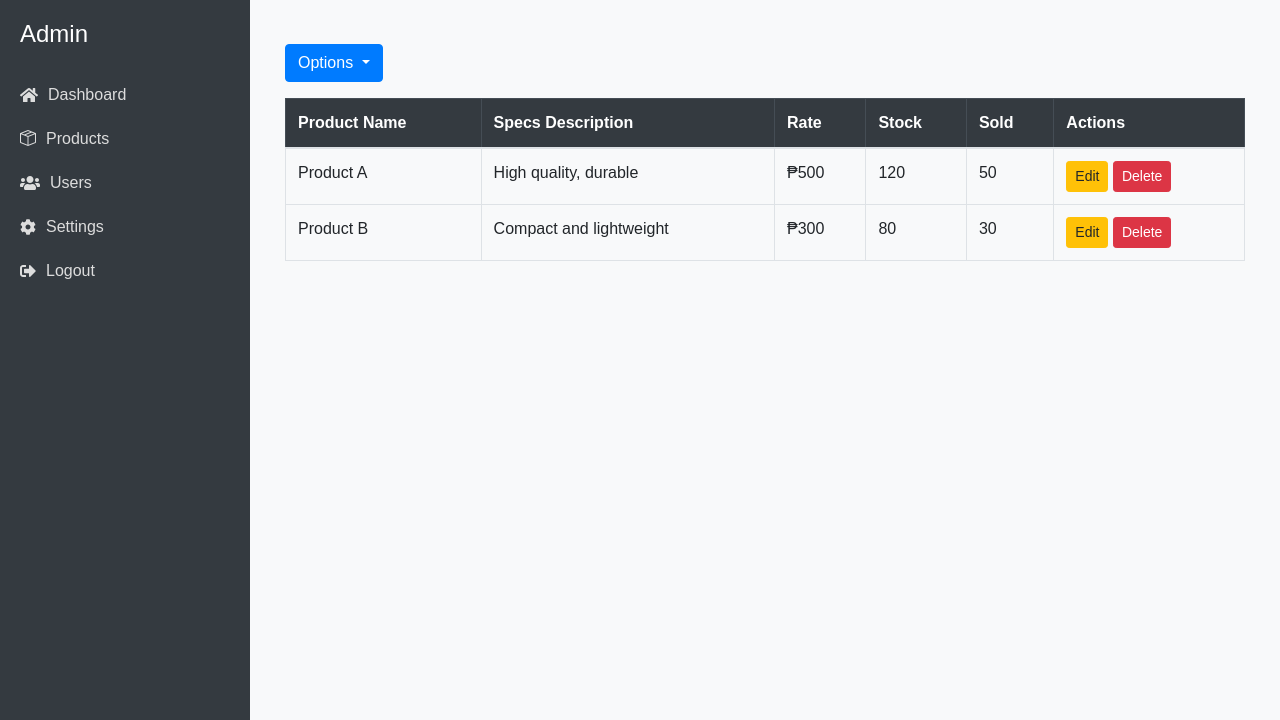
Repository: Darkrepo23/Ecommerce-Manalastas-project
Page: admin/Product-list.html
An editor plug-in stored every save of this project. The page is shown before and after the next save, followed by the edit.
The browser window is 1280 px wide. The pictures show the whole page.

Above is the page before, as saved 2026-01-06 09:47:25.

After the next save:
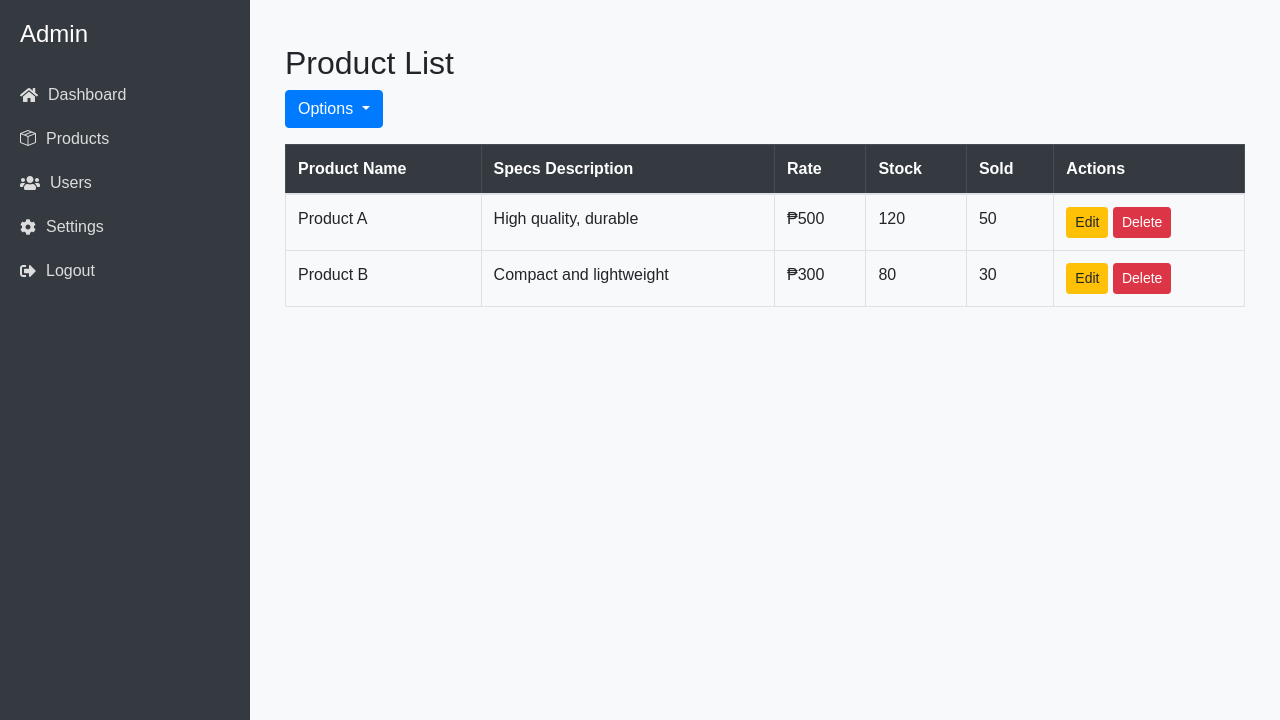
Saved 11 s later.
--- a/admin/Product-list.html
+++ b/admin/Product-list.html
@@ -162,9 +162,9 @@
         <div class="container mt-4">
 
             <!-- Dropdown -->
-            <div class="mb-3">
+            <div class="mb-3 ">
+                <h2>Product List</h2>
                 <div class="dropdown">
-
                     <button class="btn btn-primary dropdown-toggle" type="button" id="dropdownMenuButton"
                         data-bs-toggle="dropdown" aria-expanded="false">
                         Options
